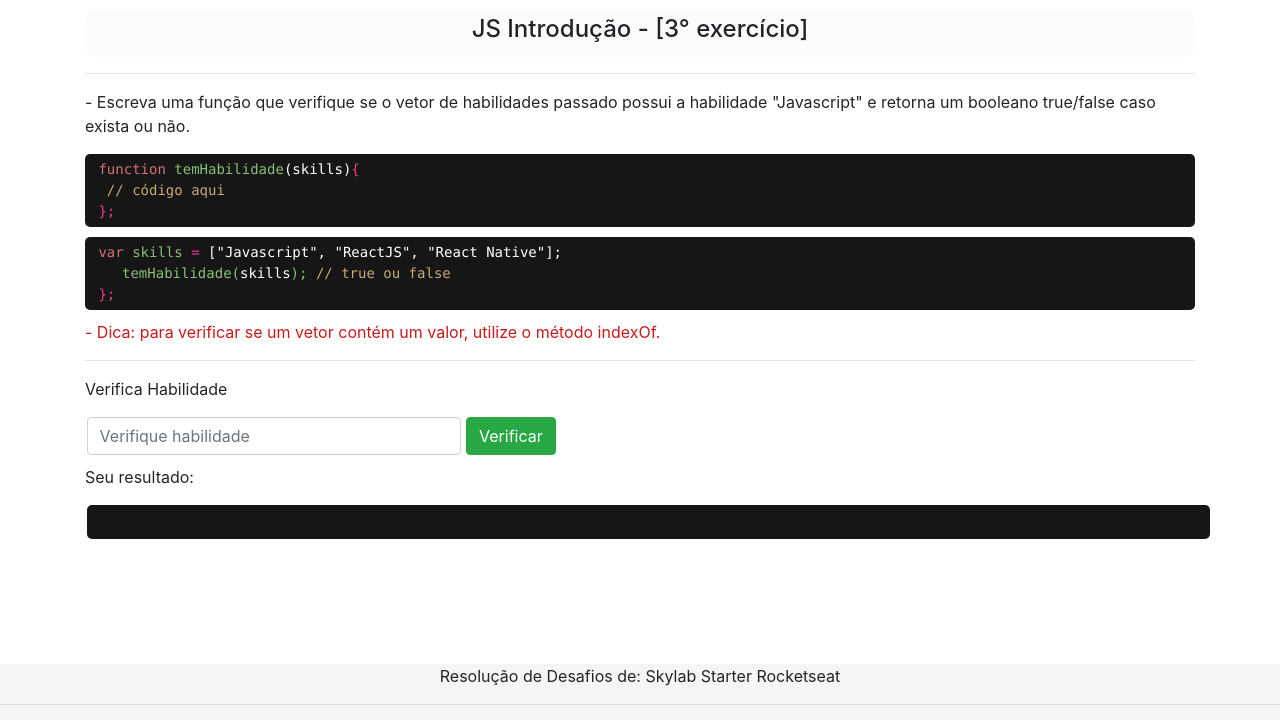
Repository: edsonjuniornarvaes/JS-Starter-Chalenge-Skylab
Page: introducao/exercicio-3/ex3.html
These files come from the project's save history. The page is drawn as it stood at one moment and after a run of saves; the edit follows.
The browser window is 1280 px wide. The pictures show the whole page.

Above is the page before, as saved 2020-06-10 10:25:48.

After the next 3 saves:
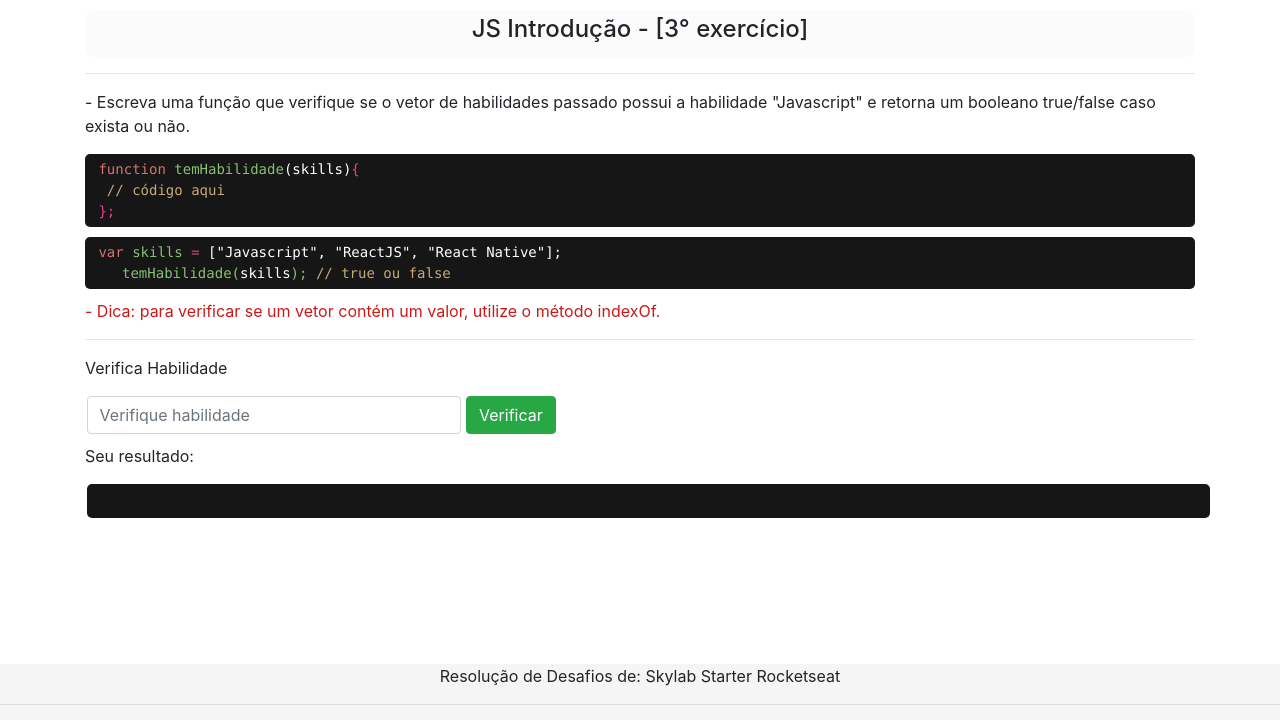
The 3 saves are shown as one change because they came seconds apart.
The last was saved 47 s later.
--- a/introducao/exercicio-3/ex3.html
+++ b/introducao/exercicio-3/ex3.html
@@ -23,8 +23,7 @@
             <fieldset>
                 <code>
                     <span class="var">&nbsp;var</span> <span class="nameObject">skills </span> = <span class="txtCode"> ["Javascript", "ReactJS", "React Native"];</span><br>
-                        <span class="nameObject enbsp">temHabilidade(<span class="txtCode">skills</span>);<span class="before"> // true ou false</span></span><br>
-                    &nbsp;};
+                    <span class="nameObject enbsp">temHabilidade(<span class="txtCode">skills</span>);<span class="before"> // true ou false</span></span><br>
                 </code>
             </fieldset>
             <p class="dica">- Dica: para verificar se um vetor contém um valor, utilize o método indexOf.</p>
